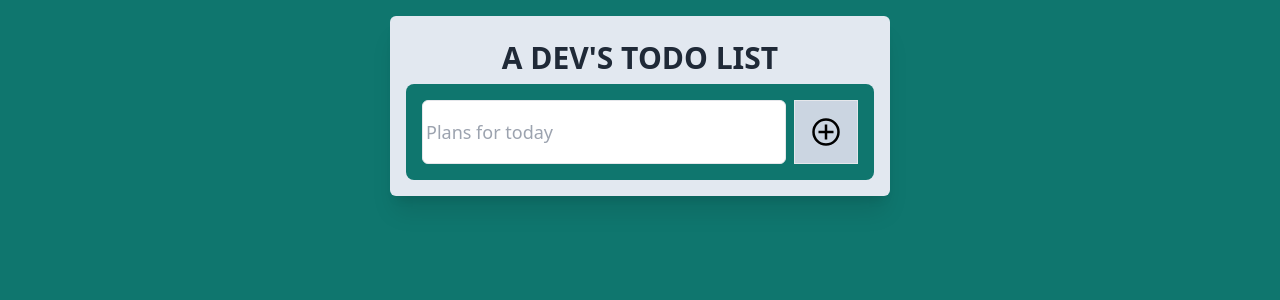
Repository: DevAntonioRogers/React-Todo-CRUD-App
Page: /
An editor plug-in stored every save of this project. The page is shown before and after the next save, followed by the edit.
The browser window is 1280 px wide. The pictures show the whole page.
The project was rebuilt for these pictures with package versions that can differ from the ones it lists, and the page was loaded fresh each time. Also part of the build but not shown: vite.config.ts.

Above is the page before, as saved 2023-05-14 01:34:02.

### src/App.tsx
import Form from "./components/Form";

const App = () => {
  return (
    <div className="h-screen w-screen p-4 bg-teal-700">
      <div className="bg-slate-200 max-w-[500px] w-full m-auto rounded-md shadow-xl p-4">
        <h1 className="text-3xl font-bold text-center text-gray-800 p-2">A DEV'S TODO LIST</h1>
        <Form />
      </div>
    </div>
  );
};

export default App;

### src/components/Form.tsx
import { GrAddCircle } from "react-icons/gr";

const Form = () => {
  return (
    <form className="flex justify-between bg-teal-700 p-4 rounded-lg">
      <input className="border w-full text-lg rounded-md p-[3px]" type="text" placeholder="Plans for today" />
      <button className="border p-4 ml-2 bg-slate-300 text-teal-700">
        <GrAddCircle size={30} />
      </button>
    </form>
  );
};

export default Form;

Loaded but not shown: index.html (common file); src/main.tsx (common file); src/index.css (common file); tailwind.config.js (common file)

After the next save:
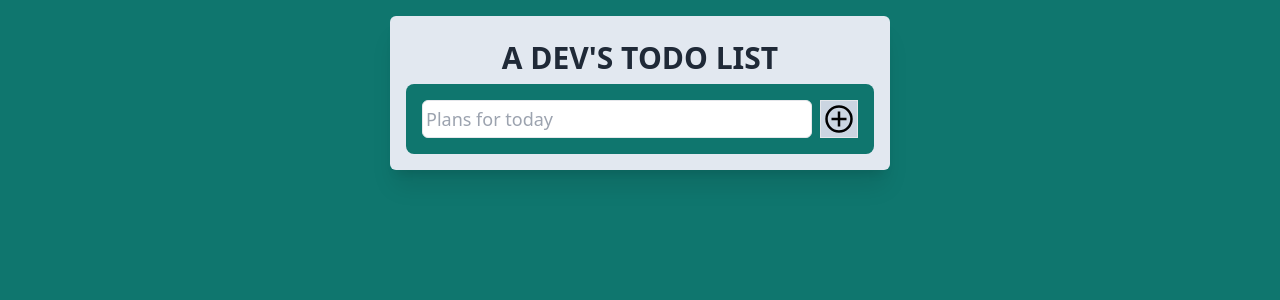
Saved 26 s later.
--- a/src/components/Form.tsx
+++ b/src/components/Form.tsx
@@ -4,7 +4,7 @@ const Form = () => {
   return (
     <form className="flex justify-between bg-teal-700 p-4 rounded-lg">
       <input className="border w-full text-lg rounded-md p-[3px]" type="text" placeholder="Plans for today" />
-      <button className="border p-4 ml-2 bg-slate-300 text-teal-700">
+      <button className="border p-[3px] ml-2 bg-slate-300 text-teal-700">
         <GrAddCircle size={30} />
       </button>
     </form>
